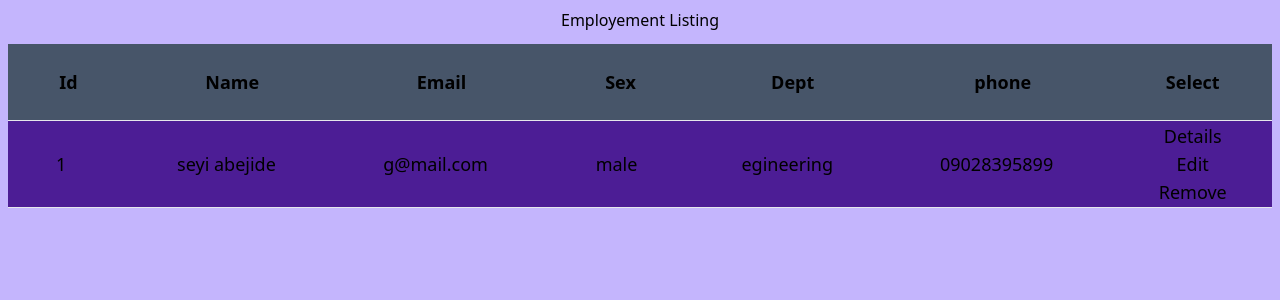
Repository: Semanmernstack/crud
Page: /
These files come from the project's save history. The page is drawn as it stood at one moment and after the next save; the edit follows.
The browser window is 1280 px wide. The pictures show the whole page.
The project was rebuilt for these pictures with package versions that can differ from the ones it lists, and the page was loaded fresh each time. Requests to the local data server were answered from the project's data file. Also part of the build but not shown: src/Details.js, src/Create.js, src/Edit.js.

Above is the page before, as saved 2022-12-24 01:07:56.

### src/App.js
import List from "./List";
import {
  BrowserRouter,
  Routes,
  Route,

} from "react-router-dom";
import Details from "./Details";
import Create from "./Create";
import Edit from "./Edit";



function App() {
  return (
    <div className="bg-slate-100 h-screen">
      <BrowserRouter>

      <Routes>
        <Route path="/" element={<List/>}> </Route>
        <Route path="/employee/create" element={<Create/>}> </Route>
        <Route path="/employee/details/:empid" element={<Details/>}> </Route>
        <Route path="/employee/edit/:empid" element={<Edit/>}> </Route>
      </Routes>
      </BrowserRouter>

    </div>
  );
}

export default App;

### src/List.js

import React, { useEffect, useState } from 'react'

function List() {
    const [records, setRecords] = useState("")

    useEffect(() => {
        fetch("http://localhost:8000/employee").then((res) => {
            return res.json()
        }).then((resp) => {
            console.log(resp)
            setRecords(resp)

        })

    }, [])
  return (
    <div className="overflow-x-hidden lg:max-w-7xl mx-auto  p-2 items-center bg-violet-300 h-screen   ">

        <p className='text-centre justify-center flex mb-3'> Employement Listing</p>


        <table className="  w-[100%] bg-violet-900 text-sm md:text-sm lg:text-lg   " >

            <thead>
                <tr className="border-b bg-slate-600">
                    <th scope='col' className=" lg:py-6 lg:px-12 py-4 px-6">Id</th>
                    <th scope='col' className=" lg:py-6 lg:px-12 py-4 px-6">Name</th>
                    <th scope='col' className=" lg:py-6 lg:px-12 py-4 px-6">Email</th>
                    <th scope='col' className=" lg:py-6 lg:px-12 py-4 px-6">Sex</th>
                    <th scope='col' className=" lg:py-6 lg:px-12 py-4 px-6">Dept</th>
                    <th scope='col' className=" lg:py-6 lg:px-12 py-4 px-6">phone</th>
                    <th scope='col' className=' lg:py-6 lg:px-12 py-4 px-6'>Select</th>

                </tr>
            </thead>
            <tbody>
                {
                    records &&
                    records.map((record) => (
                    <tr className="border-b" key={record.id}>
                        <td className=" lg:py-6 lg:px-12 py-3 px-4">{record.id}</td>
                        <td className=" lg:py-6 lg:px-12 py-3 px-4" >{record.name}</td>
                        <td className=" lg:py-6 lg:px-12 py-3 px-4">{record.email}</td>
                        <td className=" lg:py-6 lg:px-12 py-3 px-4">{record.sex}</td>
                        <td className=" lg:py-6 lg:px-12 py-3 px-4">{record.dept}</td>
                        <td className=" lg:py-6 lg:px-12 py-3 px-4">{record.phone}</td>
                        <td className='flex flex-col'>
                            <button>Details</button>
                            <button>Edit</button>
                            <button>Remove</button>

                        </td>
                    </tr>
                    ))
                }

            </tbody>

        </table>




    </div>
  )
}

export default List

### db.json
{
  "employee": [
    {
      "id": 1,
      "name": "seyi abejide",
      "email": "g@mail.com",
      "phone": "09028395899",
      "dept": "egineering",
      "sex": "male"

    }
  ]

}

Loaded but not shown: public/index.html (common file); src/index.js (common file); src/index.css (common file); src/reportWebVitals.js (common file); tailwind.config.js (common file)

After the next save:
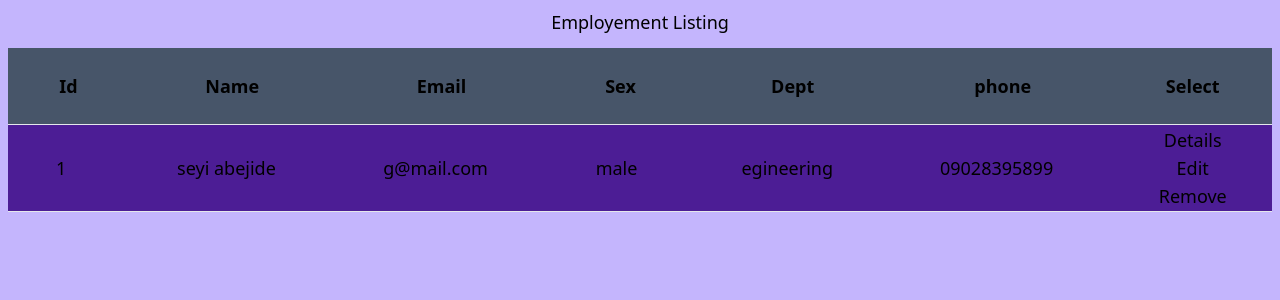
Saved 7 s later.
--- a/src/List.js
+++ b/src/List.js
@@ -17,7 +17,7 @@ function List() {
   return (
     <div className="overflow-x-hidden lg:max-w-7xl mx-auto  p-2 items-center bg-violet-300 h-screen   ">
 
-        <p className='text-centre justify-center flex mb-3'> Employement Listing</p>
+        <p className='text-centre justify-center flex mb-3 text-lg'> Employement Listing</p>
 
 
         <table className="  w-[100%] bg-violet-900 text-sm md:text-sm lg:text-lg   " >
